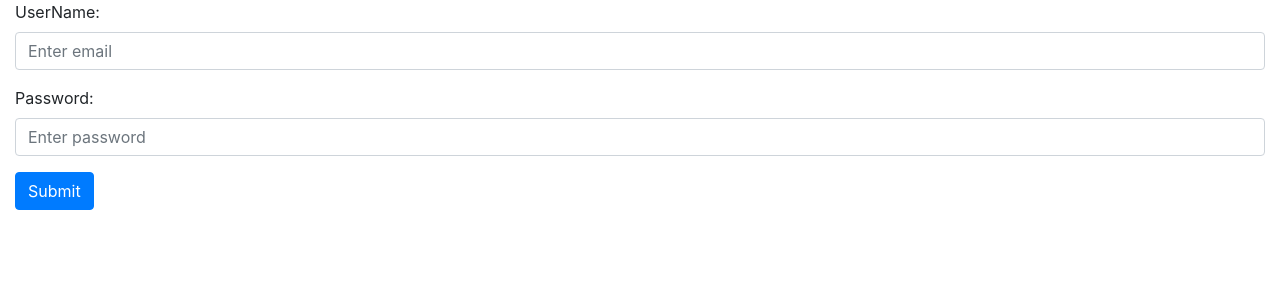
Repository: huutien1904/bai3-ltw
Page: http://localhost/login.php
The author's editor kept a copy of each file at every save. The page is drawn from the files as they stood at one save, then again after the next save.
The browser window is 1280 px wide. The pictures show the whole page.
The page is run by PHP 8.4 with error messages shown; the project is at /var/www/html/.

Above is the page before, as saved 2021-11-19 23:13:50.

After the next save:
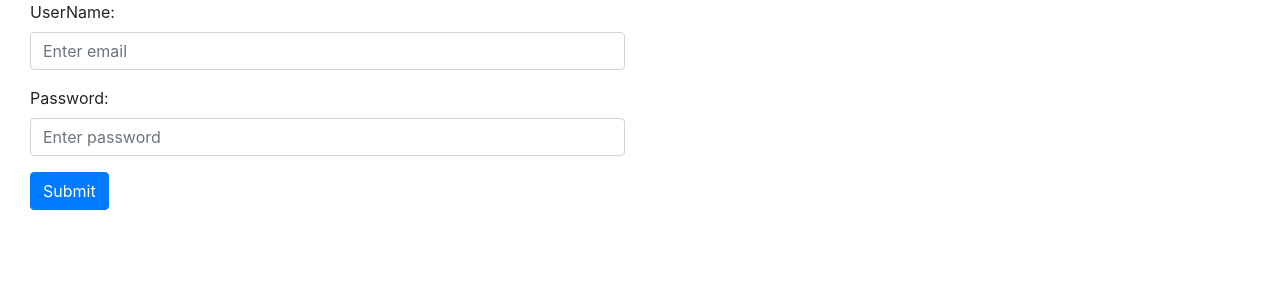
Saved 19 s later.
--- a/login.php
+++ b/login.php
@@ -12,18 +12,20 @@
 </head>
 <body>
     <div class="container-fluid">
-        <form action="/action_page.php">
-            <div class="form-group">
-                <label for="email">UserName:</label>
-                <input type="text" class="form-control" placeholder="Enter email" id="email" name="username">
-            </div>
-            <div class="form-group">
-                <label for="pwd">Password:</label>
-                <input type="password" class="form-control" placeholder="Enter password" id="pwd" name="password">
-            </div>
+        <div class="col-md-6">
+            <form action="/action_page.php">
+                <div class="form-group">
+                    <label for="email">UserName:</label>
+                    <input type="text" class="form-control" placeholder="Enter email" id="email" name="username">
+                </div>
+                <div class="form-group">
+                    <label for="pwd">Password:</label>
+                    <input type="password" class="form-control" placeholder="Enter password" id="pwd" name="password">
+                </div>
 
-            <button type="submit" class="btn btn-primary">Submit</button>
-        </form>
+                <button type="submit" class="btn btn-primary">Submit</button>
+            </form>
+        </div>
     </div>
 </body>
 </html>
